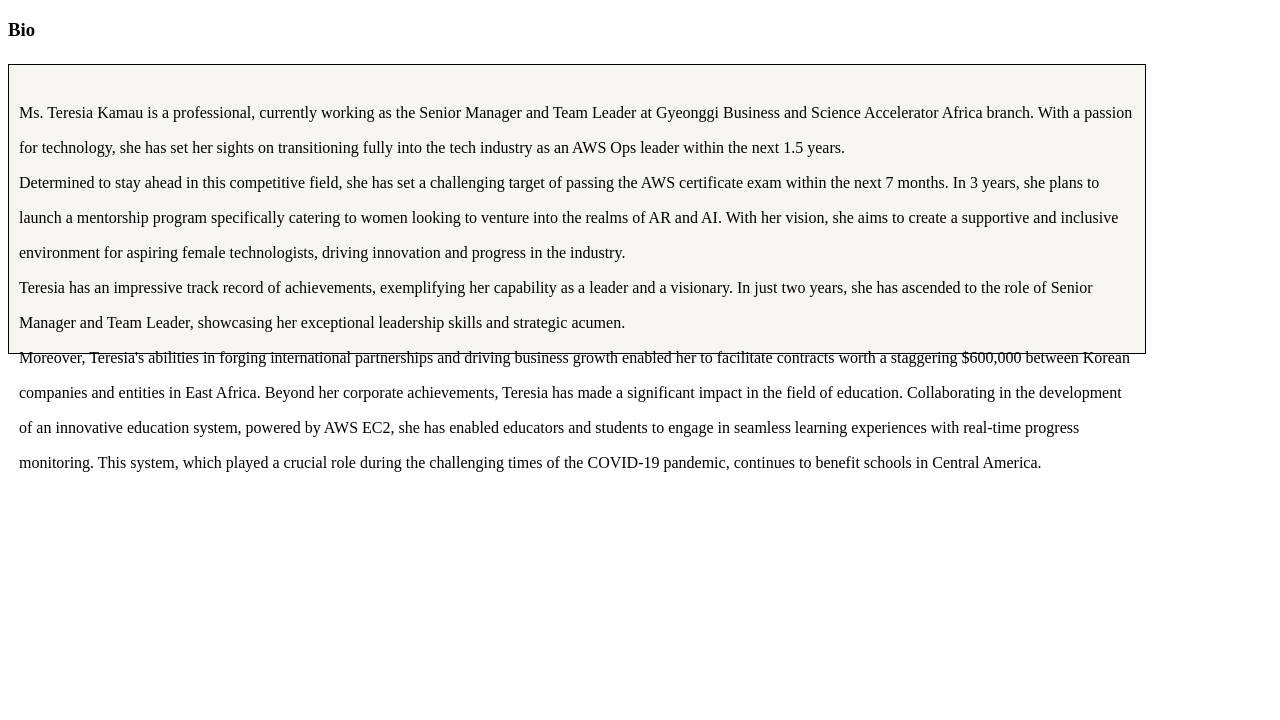
Repository: tessa5/developerPortfolio
Page: public/bio.html
The author's editor kept a copy of each file at every save. The page is drawn from the files as they stood at one save, then again after a run of saves.
The browser window is 1280 px wide. The pictures show the whole page.

Above is the page before, as saved 2023-08-07 12:51:59.

### public/bio.html
<!DOCTYPE html>
<html lang="en">
<head>
    <meta charset="UTF-8">
    <meta name="viewport" content="width=device-width, initial-scale=1.0">
    <title>Document</title>
    <link rel="stylesheet" href="assets/styles/bio.css">
</head>
<body>
    <h3>Bio</h3>
    <p class="bio">
        Ms. Teresia Kamau is a professional, currently working as the Senior Manager and Team Leader at Gyeonggi Business and Science Accelerator Africa branch. With a passion for technology, she has set her sights on transitioning fully into the tech industry as an AWS Ops leader within the next 1.5 years. <br/>Determined to stay ahead in this competitive field, she has set a challenging target of passing the AWS certificate exam within the next 7 months.
In 3 years, she plans to launch a mentorship program specifically catering to women looking to venture into the realms of AR and AI. With her vision, she aims to create a supportive and inclusive environment for aspiring female technologists, driving innovation and progress in the industry.
<br/>Teresia has an impressive track record of achievements, exemplifying her capability as a leader and a visionary. In just two years, she has ascended to the role of Senior Manager and Team Leader, showcasing her exceptional leadership skills and strategic acumen. <br/>Moreover, Teresia's abilities in forging international partnerships and driving business growth enabled her to facilitate contracts worth a staggering $600,000 between Korean companies and entities in East Africa.
Beyond her corporate achievements, Teresia has made a significant impact in the field of education. Collaborating in the development of an innovative education system, powered by AWS EC2, she has enabled educators and students to engage in seamless learning experiences with real-time progress monitoring. This system, which played a crucial role during the challenging times of the COVID-19 pandemic, continues to benefit schools in Central America.

    </p>
</body>
</html>

### public/assets/styles/bio.css
p {
    border:1px solid;
    width:90%;
    float: left;
    height:290px;
    line-height:35px;
    background:#f6f5ef;
    padding:10px;
    margin-top:5px;
    box-sizing: border-box;
    word-break: keep-all;
    padding-top:30px;
}

After the next 2 saves:
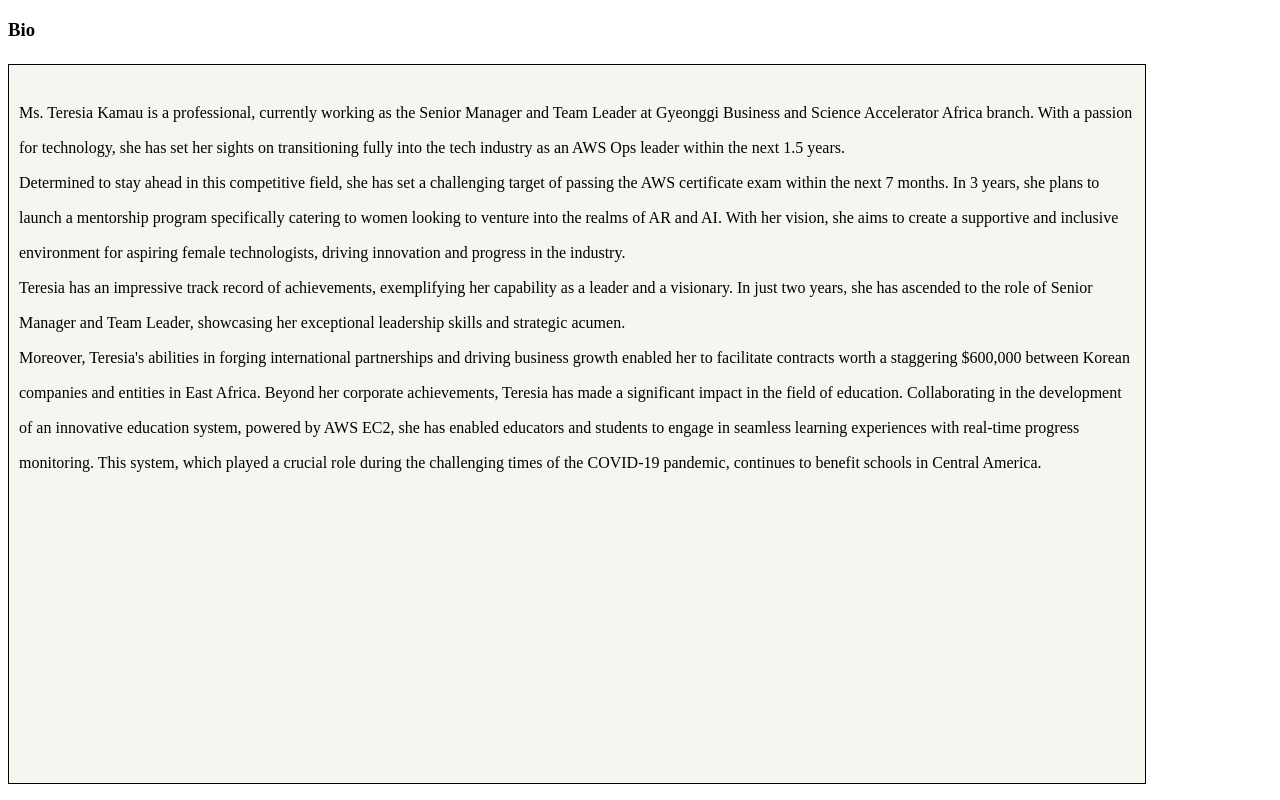
The 2 saves are shown as one change because they came seconds apart.
The last was saved 17 s later.
--- a/public/assets/styles/bio.css
+++ b/public/assets/styles/bio.css
@@ -2,7 +2,7 @@ p {
     border:1px solid;
     width:90%;
     float: left;
-    height:290px;
+    height:100vh;
     line-height:35px;
     background:#f6f5ef;
     padding:10px;
